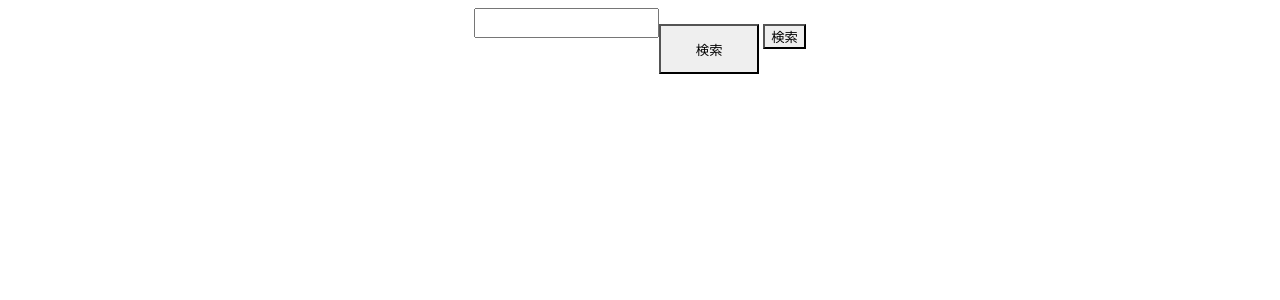
Repository: kanshu-1118/gpt-schoollife
Page: /
The author's editor kept a copy of each file at every save. The page is drawn from the files as they stood at one save, then again after a run of saves.
The browser window is 1280 px wide. The pictures show the whole page.
The page's requests for data from a server got no answer. The project was rebuilt for these pictures with package versions that can differ from the ones it lists, and the page was loaded fresh each time. The framework's server and built-in components were replaced by stand-ins that run in the browser. No one was signed in, and anything a server would have sent is missing. Also part of the build but not shown: next.config.js.

Above is the page before, as saved 2023-05-22 14:09:05.

After the next 2 saves:
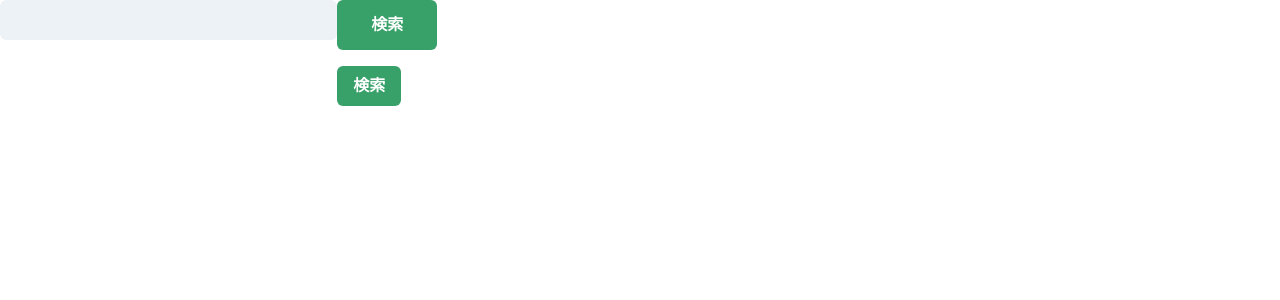
The 2 saves are shown as one change because they came seconds apart.
The last was saved 13 min 8 s later.
--- a/src/pages/_app.tsx
+++ b/src/pages/_app.tsx
@@ -1,6 +1,10 @@
 import type { AppProps } from 'next/app'
-import "ress"
+import { ChakraProvider } from '@chakra-ui/react'
 
 export default function App({ Component, pageProps }: AppProps) {
-  return <Component {...pageProps} />
+  return (
+    <ChakraProvider>
+      <Component {...pageProps} />
+    </ChakraProvider>
+  )
 }
